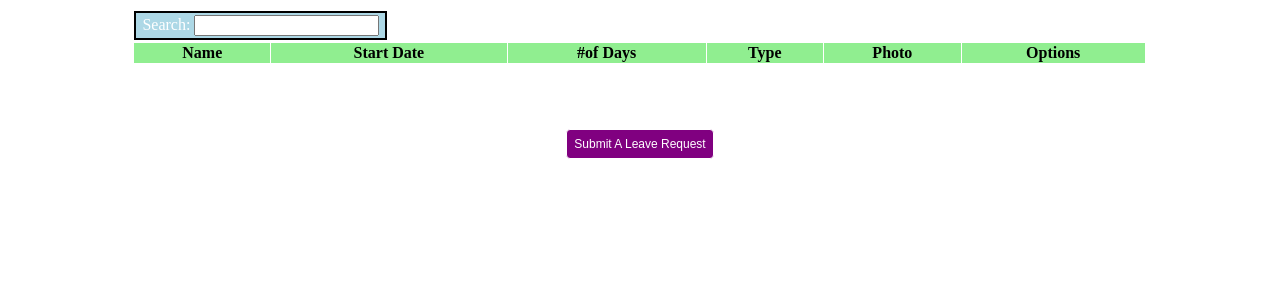
Repository: Murad71/BasicCRUD
Page: index1.html
The author's editor kept a copy of each file at every save. The page is drawn from the files as they stood at one save, then again after a run of saves.
The browser window is 1280 px wide. The pictures show the whole page.

Above is the page before, as saved 2023-05-07 21:36:36.

### index1.html
<!DOCTYPE html>
<html lang="en">
  <head>
    <meta charset="UTF-8" />
    <meta http-equiv="X-UA-Compatible" content="IE=edge" />
    <meta name="viewport" content="width=device-width, initial-scale=1.0" />
    <link rel="stylesheet" type="text/css" href="index1.css" />
    <title>Document</title>
  </head>
  <body>
    <div class="container1">
        <div class="searchbar">
        <form>
          <label for="search">Search:</label> <!--Added the search bar here-->
          <input type="search" id="search" name="search" />
        </form>
      </div>
      <table class="table1">
        <thead class="thead1">
          <tr>
            <th>Name</th>
            <th>Start Date</th>
            <th>#of Days</th>
            <th>Type</th>
            <th>Photo</th>
            <th>Options</th>
          </tr>
        </thead>
        <tbody class="tbody1">
          <!-- <tr>
            <td>Sakib</td>
            <td>16-08-2020</td>
            <td>1</td>
            <td>Sick leave</td>
            <td><img src="sakib.jpg" alt="Sakib's photo" /></td>
            <td><a href="index.html" class="edit">Edit</a> <input type='button' value= 'Reject' name="dummy1" class="reject"/></td>
          </tr>
          <tr>
            <td>Mustafiz</td>
            <td>20-02-2021</td>
            <td>3</td>
            <td>Other</td>
            <td><img src="mustafiz.jpg" alt="Mustafiz's photo" /></td>
            <td><a href="index.html" class="edit">Edit</a> <input type='button' value= 'Reject' name="dummy2" class="reject"/></td>
          </tr> -->
        </tbody>
      </table>
      <input type="submit" value="Submit A Leave Request" />
    </div>
    <script src="leave.js" defer></script>
  </body>
</html>

### index1.css
table {
    border-collapse: collapse;
    width: 100%;
    background-color: lightgreen;
  }

  .container1 {
    width: 80%;
    display: flex;
    flex-direction: column;
    align-items: flex-start;
    justify-content: flex-start;
    margin: auto;
    height: 30vh;
  }

  .table1 .tbody1 #img{
    width: 60px;
    height: 60px;
  }

  td a.edit {
    border: 1px solid black;
    background-color: lightblue;
    padding: 2px 6px;
    color: white;
    text-decoration: none;
    margin: 3px;
  }

  td .reject {
    border: 1px solid black;
    background-color: red;
    padding: 4px 6px;
    color: white;
    text-decoration: none;
    margin-right: 3px;
  }

  table .thead1 th {
    border-right: 1px solid white;
  }

  .table1 tr {
    border-bottom: 1px solid white; /* Add horizontal line after each row */
  }

  .tbody1 td {
    height: 50px;
    background-color: grey;
    color: white;
    font-weight: bold;
    border-right: 1px solid white;
    text-align: center;
  }


  input[type="submit"] {
    font-size: 12px;
    color: white;
    border: 1px solid;
    padding: 7px;
    background-color: purple;
    border-radius: 4px;
    text-align: center;
    align-items: center;
    margin: auto;
    display: block;
  }


  .container1 .searchbar {
    border: 2px solid black;
    background-color: lightblue;
    padding: 2px 6px;
    color: white;
    text-decoration: none;
    margin: 3px 3px 3px 0;
  }


  @media (max-width: 500px) {
    .searchbar {
      display: flex;
      flex-direction: column;
      align-items: center;
    }

    .searchbar label {
      margin-bottom: 10px;
    }

    .searchbar input[type="search"] {
      width: 100%;
      max-width: 300px;
    }
  }

### leave.js
const table = document.getElementsByClassName("tbody1")[0];
let removeListItems= document.getElementsByClassName('reject');
let editListItems= document.getElementsByClassName('edit');
let storage=JSON.parse(localStorage.getItem('store')) || [];


//console.log(removeListItems);
//console.log(storage[3].id);

//displaying the data
storage.forEach(obj =>{
    let row=document.createElement('tr');
    row.innerHTML = `<td>${obj.name}</td>
                    <td>${obj.startdate}</td>
                    <td>${obj.days}</td>
                    <td>${obj.leaves}</td>
                    <td><img id="img" src=${obj.photo} alt="loading.."></td>
                    <td><a class="edit">Edit</a> <input type='button' value= 'Reject' name=${obj.id} class="reject"/></td>`;

    table.appendChild(row);
});

//rejecting the entry
for(let i=0; i < removeListItems.length; i++)
{
    let button= removeListItems[i];
    button.addEventListener('click', function(event){
        //button we clicked on
        let alert= confirm("Are you sure you want to reject the request?");
        if(alert)
        {
            let buttonClicked= event.target;
            let row= buttonClicked.closest('tr');
            let rowIndex= row.rowIndex;
            storage.splice(rowIndex - 1, 1);
            localStorage.setItem('store', JSON.stringify(storage));
            buttonClicked.parentElement.parentElement.remove();
        }
        else return;
    })
}



// //editing the entry
// for(let i=0; i<editListItems.length; i++)
// {
//     let button= editListItems[i];
//     button.addEventListener('click', function(event){
//         let confirmation= confirm("Are you sure you want to modify the entry?");
//         if(confirmation)
//         {
//             let buttonClicked = event.target;
//             let row = buttonClicked.closest('tr');

//             let name = row.cells[0].textContent;
//             let startDate = row.cells[1].textContent;
//             let days = row.cells[2].textContent;
//             let leaveType = row.cells[3].textContent;
//             //let photo = row.cells[4].querySelector('photo').src;


//             // document.getElementById("name").value = name;
//             // document.getElementById("startdate").value = startDate;
//             // document.getElementById("days").value = days;
//             // document.getElementById("leave").value = leaveType;
//             // document.getElementById('photo').value = photo;


//         }
//         else return;
//     })
// }

After the next 2 saves:
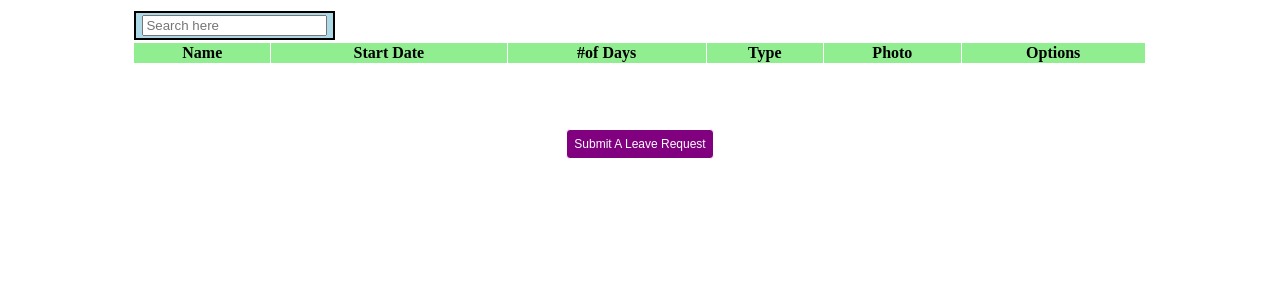
The 2 saves are shown as one change because they came seconds apart.
The last was saved 77 s later.
--- a/index1.html
+++ b/index1.html
@@ -11,8 +11,7 @@
     <div class="container1">
         <div class="searchbar">
         <form>
-          <label for="search">Search:</label> <!--Added the search bar here-->
-          <input type="search" id="search" name="search" />
+          <input type="text" id="search" name="search" placeholder="Search here"/>
         </form>
       </div>
       <table class="table1">
